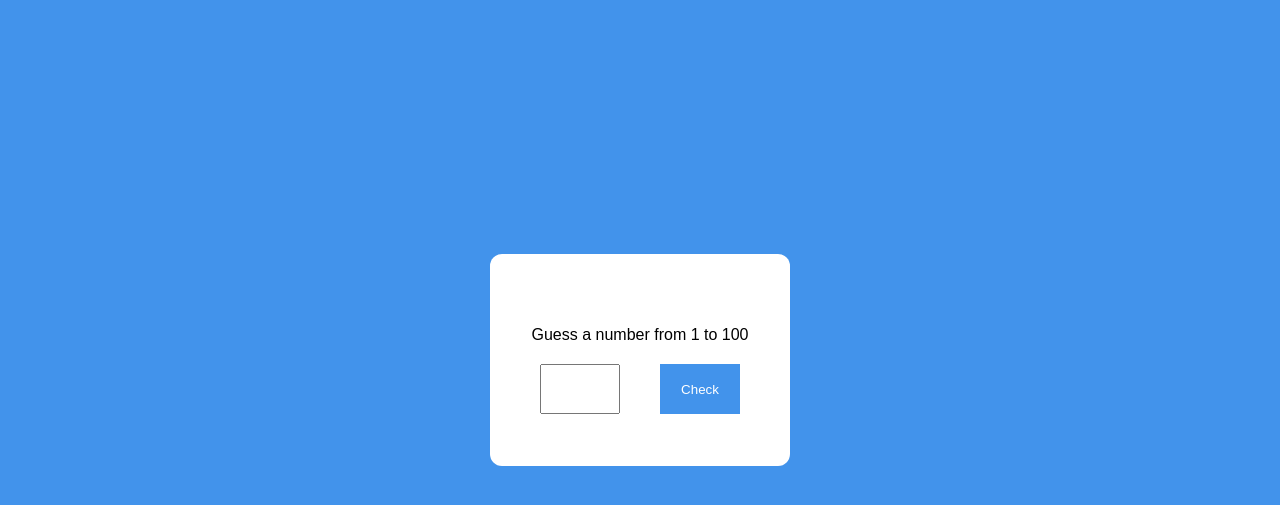
Repository: Ankitkr2021/Guess_Game
Page: index.html
The author's editor kept a copy of each file at every save. The page is drawn from the files as they stood at one save, then again after the next save.
The browser window is 1280 px wide. The pictures show the whole page.

Above is the page before, as saved 2025-09-30 17:46:56.

### index.html
<!DOCTYPE html>
<html lang="en">
<head>
    <meta charset="UTF-8">
    <meta name="viewport" content="width=device-width, initial-scale=1.0">
    <title>Document</title>
    <link rel="stylesheet" href="./style.css">
</head>
<body>
    <div class="box">
        <p>Guess a number from 1 to 100</p>
        <div class="same-line">
        <input type="number">
        <button type="submit">Check</button>
        </div>
    </div>
</body>
</html>

### style.css
@import url("https://fonts.googleapis.com/css2?family=Poppins:wght@300;400;500;600;700&display=swap">
);

*{
    margin: 0;
    padding: 0;
    box-sizing: border-box;
    font-family: 'Poppins',sans-serif;
}

body{
    display: flex;
    justify-content: center;
    align-items: center;
    height: 100vh;
    width: 100%;
    background: #4293eb;
}

.box{
    background: #fff;
    height: 212px;
    width: 300px;
    border-radius: 12px;
    display: flex;
    flex-direction: column;
    align-items: center;
    justify-content: center;
}

p{
    padding: 20px 20px;
}

.same-line {
    /* background: green; */
    width: 100%;
    display: flex;
    align-items: center;
    justify-content: center;
}

input{
    /* margin: 50px; */
    padding: 20px;
    width: 80px;
    height: 50px;
}

button{
    background: #4293eb;
    border: none;
    color: #fff;
    margin-left: 40px;
    height: 50px;
    width: 80px;
}

After the next save:
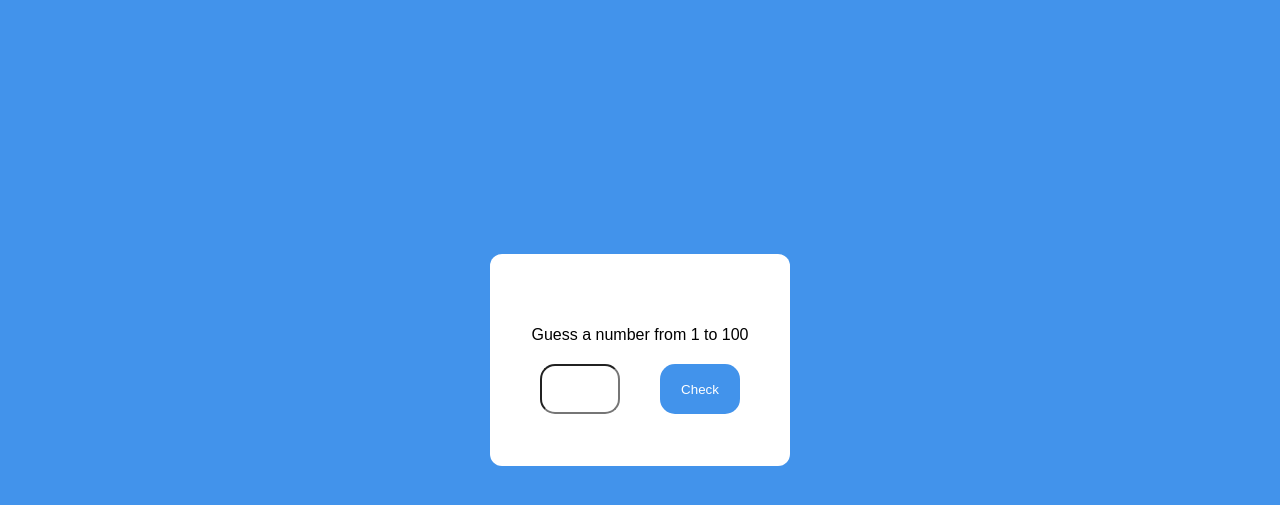
Saved 13 s later.
--- a/style.css
+++ b/style.css
@@ -45,6 +45,8 @@ input{
     padding: 20px;
     width: 80px;
     height: 50px;
+    border-radius: 15px;
+
 }
 
 button{
@@ -54,4 +56,5 @@ button{
     margin-left: 40px;
     height: 50px;
     width: 80px;
+    border-radius: 15px;
 }
